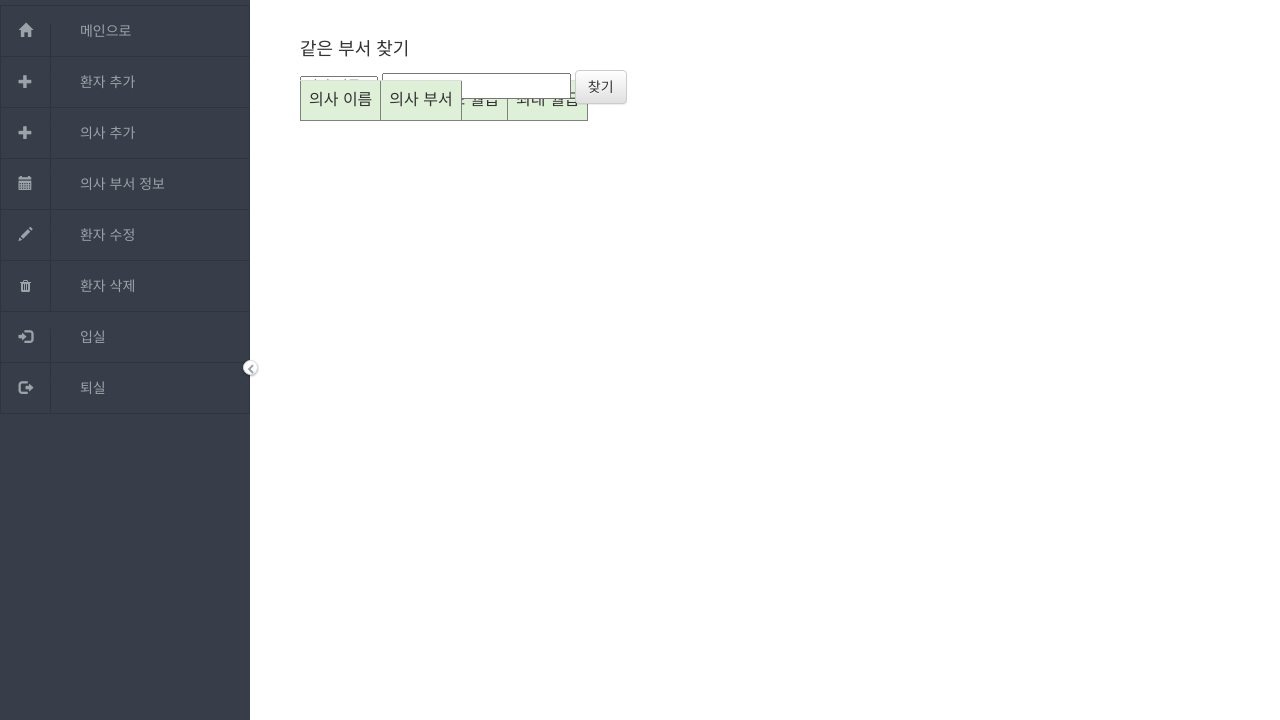
Repository: qaws1134/Hospital_manager
Page: http://localhost/project/D_clsif.jsp
An editor plug-in stored every save of this project. The page is shown before and after the next save, followed by the edit.
The browser window is 1280 px wide. The pictures show the whole page.
Some web libraries are served in a nearby version. The page is served by Tomcat 9. The template is opened directly, without the code that normally fills it, so the values that code supplies are empty.

Above is the page before, as saved 2017-12-10 10:28:14.
Console error (its wording comes from the project's code and is left out).

After the next save:
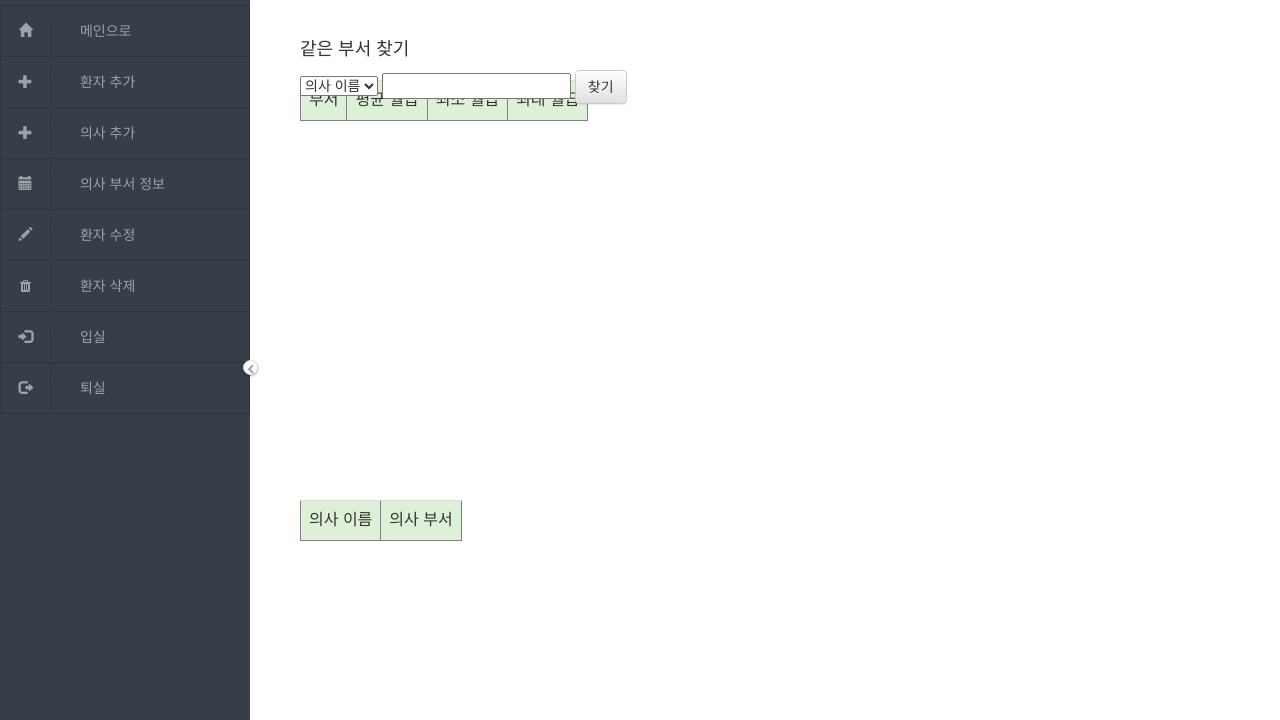
Saved 83 s later.
--- a/project/WebContent/D_clsif.jsp
+++ b/project/WebContent/D_clsif.jsp
@@ -236,7 +236,7 @@ nav ul li a span {
 </form>
 </section>
 
-<section style="position:absolute; top:80px;left:300px">
+<section style="position:absolute; top:500px;left:300px">
       <table border="1" class="table table-striped">
       	<tr class="success">
       		<td>의사 이름</td>
